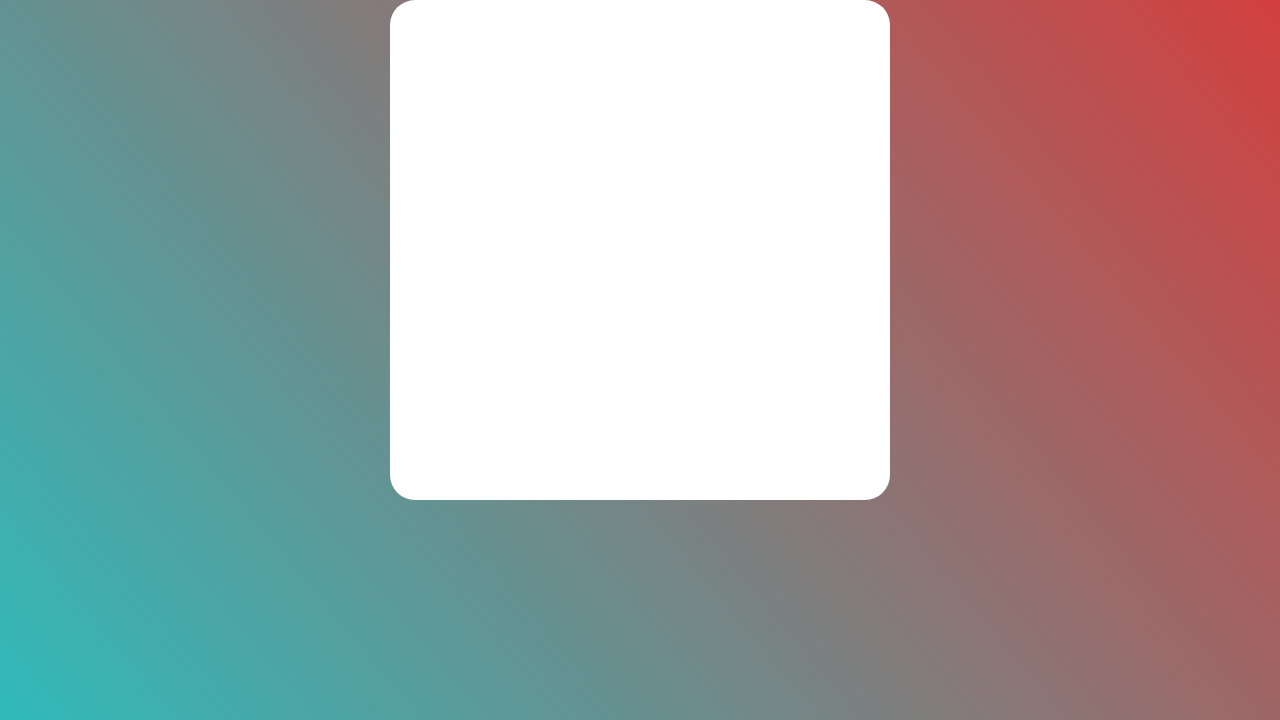
Repository: Lewisjohnward/kindle-clippings-to-cards
Page: /
These files come from the project's save history. The page is drawn as it stood at one moment and after a run of saves; the edit follows.
The browser window is 1280 px wide. The pictures show the whole page.
The project was rebuilt for these pictures with package versions that can differ from the ones it lists, and the page was loaded fresh each time.

Above is the page before, as saved 2021-10-28 20:23:12.

After the next 2 saves:
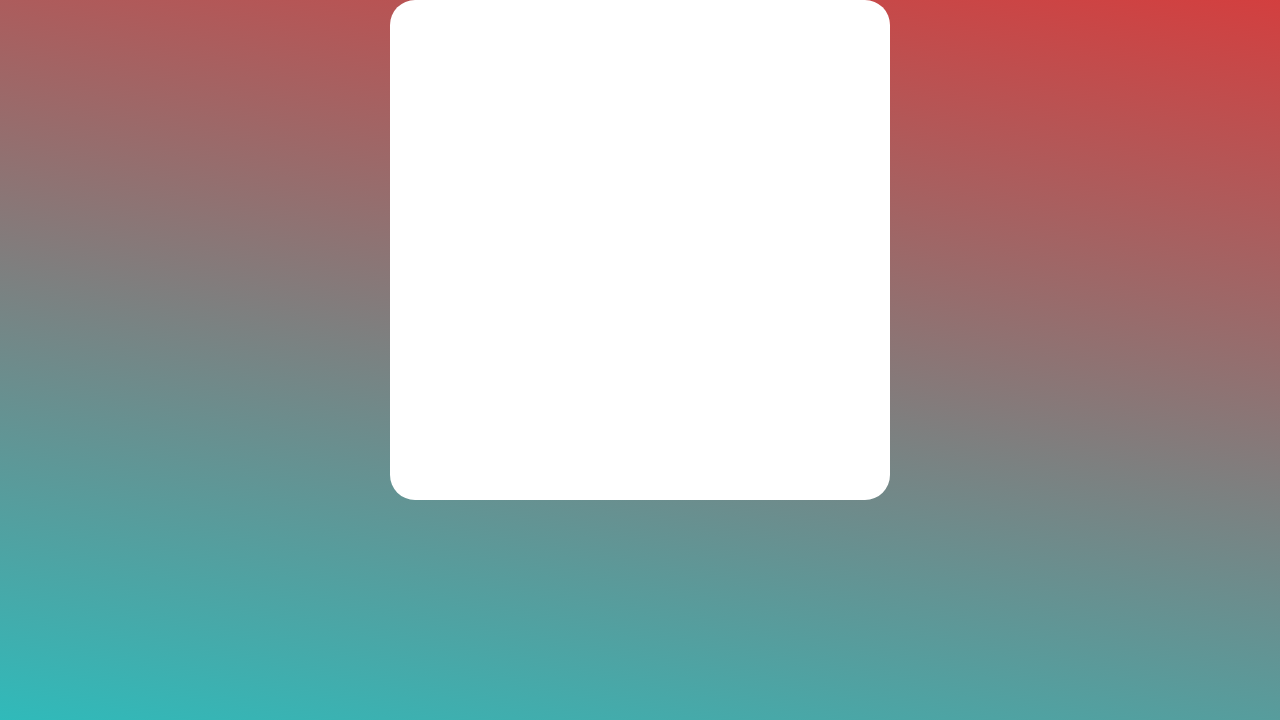
The 2 saves are shown as one change because they came seconds apart.
The last was saved 10 s later.
--- a/src/App.js
+++ b/src/App.js
@@ -12,7 +12,7 @@
         background-repeat: no-repeat;
         background-attachment: fixed;
         background-image: linear-gradient(
-            50deg,
+            10deg,
             rgb(48, 186, 186),
             rgb(211, 63, 63)
         );
